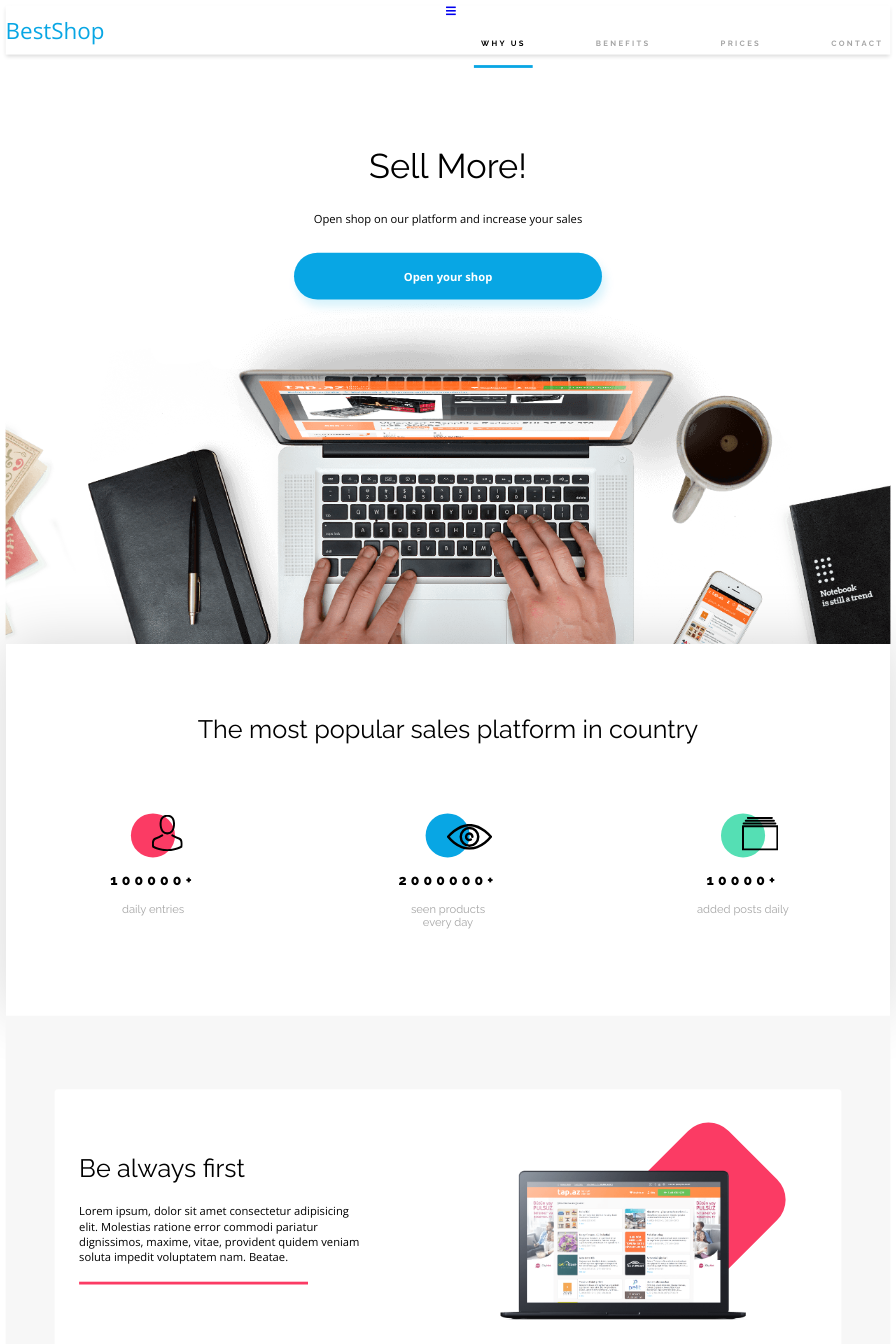
Repository: insolt/BestShop
Page: index.html
An editor plug-in stored every save of this project. The page is shown before and after the next save, followed by the edit.
The browser window is 1280 px wide. The pictures show the part of the page from y = 0 to 1920 px (the page is 4358 px tall), at 70% of full size.
The style sheet was rebuilt from its Sass, Less or Tailwind sources for each picture, by a compiler version that may differ from the author's.

Above is the page before, as saved 2020-09-15 11:08:00.

After the next save:
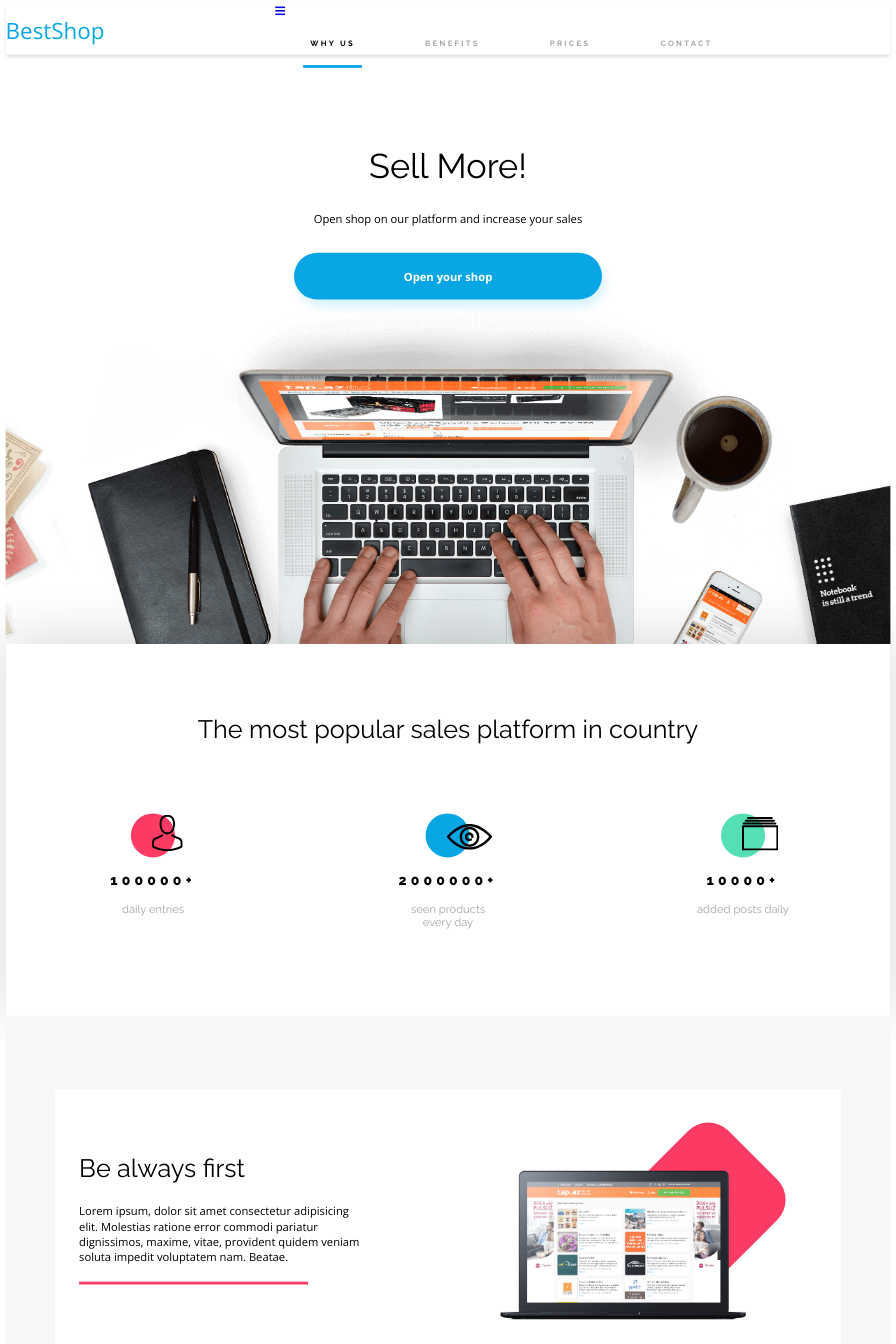
Saved 22 s later.
--- a/index.html
+++ b/index.html
@@ -45,7 +45,9 @@
                 </ul>
 
             </nav>
-
+            <div class="nav__mobile-menu">
+
+            </div>
         </div>
     </header>
 

After the save that followed:
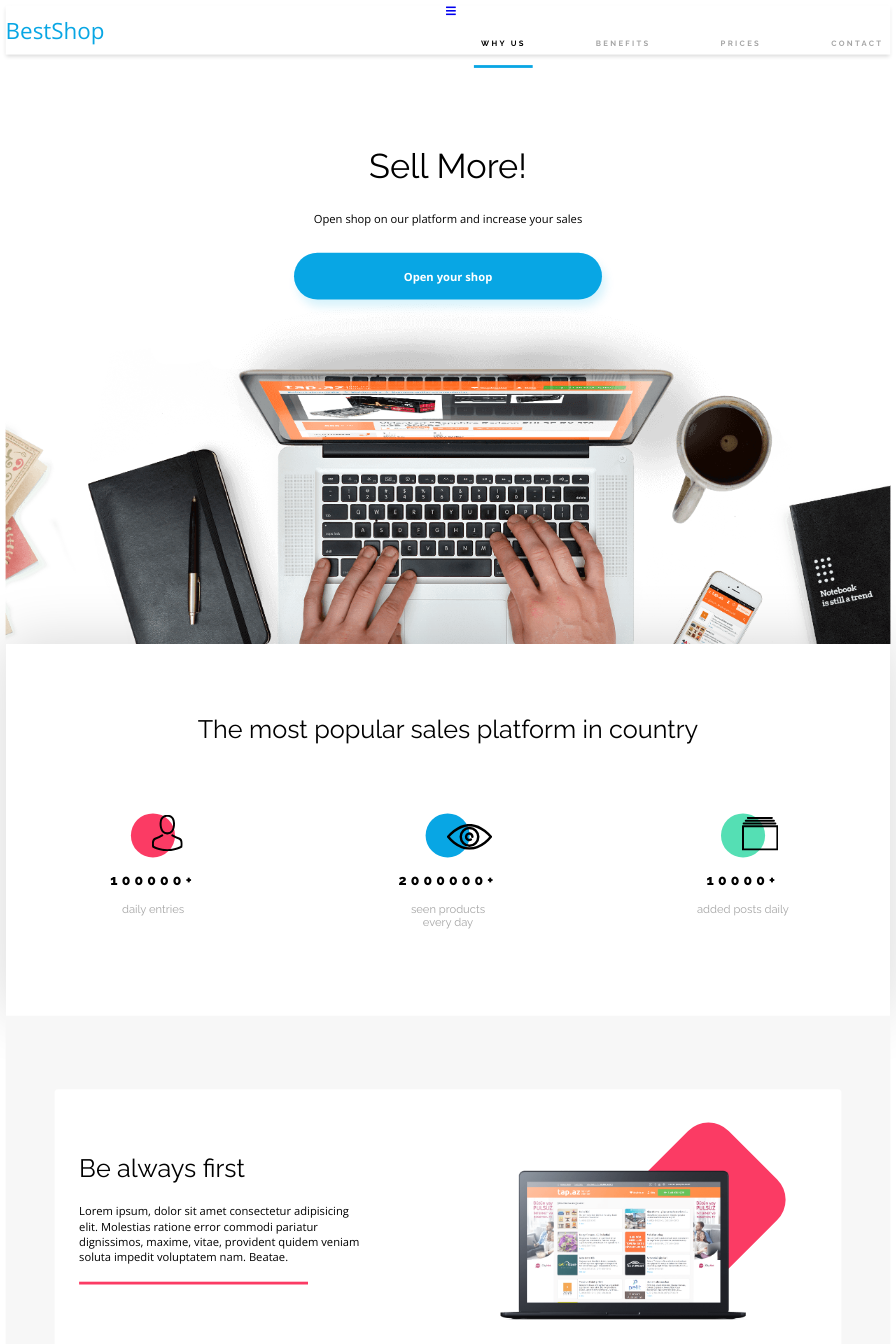
Saved 2 min 4 s later.
--- a/index.html
+++ b/index.html
@@ -19,6 +19,9 @@
 <body>
 
     <header class="page-header">
+        <div class="nav__mobile-menu">
+
+        </div>
         <div class="container">
             <p class="page-header__logo">
                 BestShop
@@ -45,9 +48,7 @@
                 </ul>
 
             </nav>
-            <div class="nav__mobile-menu">
-
-            </div>
+
         </div>
     </header>
 
